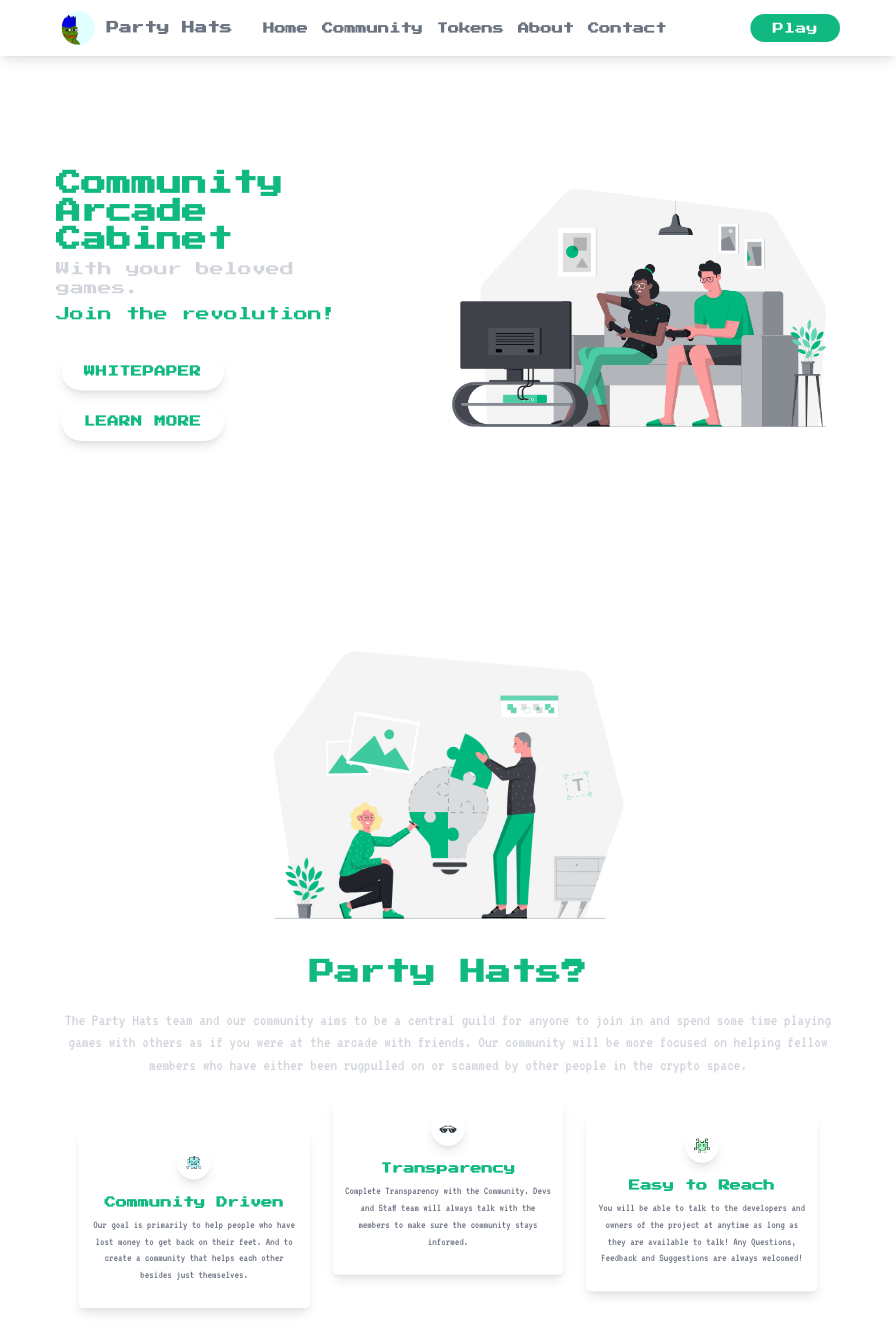
Repository: rhinorphan/phat-landing-page
Page: /
The author's editor kept a copy of each file at every save. The page is drawn from the files as they stood at one save, then again after the next save.
The browser window is 1280 px wide. The pictures show the part of the page from y = 0 to 1920 px (the page is 4206 px tall), at 70% of full size.
The project was rebuilt for these pictures with package versions that can differ from the ones it lists, and the page was loaded fresh each time. Also part of the build but not shown: craco.config.js.

Above is the page before, as saved 2021-11-17 23:37:11.

### public/index.html
<!DOCTYPE html>
<html lang="en">
  <head>
    <meta charset="utf-8" />
    <link rel="icon" href="%PUBLIC_URL%/assets/images/server_icon.png" />
    <meta name="PHAT" content="width=device-width, initial-scale=1" />
    <meta name="theme-color" content="#000000" />
    <meta
      name="description"
      content="PHAT Landing Page"
    />
    <link rel="apple-touch-icon" href="%PUBLIC_URL%/assets/images/server_icon.png" />
    <!--
      manifest.json provides metadata used when your web app is installed on a
      user's mobile device or desktop. See https://developers.google.com/web/fundamentals/web-app-manifest/
    -->
    <link rel="manifest" href="%PUBLIC_URL%/manifest.json" />
    <!--
      Notice the use of %PUBLIC_URL% in the tags above.
      It will be replaced with the URL of the `public` folder during the build.
      Only files inside the `public` folder can be referenced from the HTML.

      Unlike "/favicon.ico" or "favicon.ico", "%PUBLIC_URL%/favicon.ico" will
      work correctly both with client-side routing and a non-root public URL.
      Learn how to configure a non-root public URL by running `npm run build`.
    -->
    <title>Party Hats</title>
  </head>
  <body>
    <noscript>You need to enable JavaScript to run this app.</noscript>
    <div id="root"></div>
    <!--
      This HTML file is a template.
      If you open it directly in the browser, you will see an empty page.

      You can add webfonts, meta tags, or analytics to this file.
      The build step will place the bundled scripts into the <body> tag.

      To begin the development, run `npm start` or `yarn start`.
      To create a production bundle, use `npm run build` or `yarn build`.
    -->
  </body>
</html>

### src/App.js
import logo from './logo.svg';
import './App.css';
import Header from './components/Header';
import Contact from './components/Contact';
import Landing from './components/Landing';
import Community from './components/Community';
import Tokens from './components/Tokens';
import About from './components/About';
import Footer from './components/Footer';

function App() {
  return (
    <div className="app">
        <Header />
        <div className="app__body">
          <Landing />
          <Community />
          <Tokens />
          <About />
          <Contact />
        </div>
        <Footer />
    </div>
  );
}

export default App;

### src/App.css
@import url('https://fonts.googleapis.com/css2?family=VT323&display=swap');
@import url('https://fonts.googleapis.com/css2?family=Press+Start+2P&family=VT323&display=swap');

.app {
  font-family: 'Press Start 2P', cursive;
}

.normalText {
  font-family: 'VT323', monospace;
}

.active {
  @apply py-4 px-2 text-green-500 border-b-4 border-green-500 font-semibold
}

.active2 {
  @apply block text-sm px-2 py-4 text-white bg-green-500 font-semibold
}

.nobull {
  list-style-type: none;
}

### src/components/Header.js
import React from 'react';
import { Link, animateScroll as scroll } from "react-scroll";

function Header() {

  const handleSubmit = (e) => {
    e.preventDefault();

		const menu = document.querySelector(".mobile-menu");

		menu.classList.toggle("hidden");
  }
  const scrollToTop = (e) => {
    scroll.scrollToTop();
  };

  return (
    <nav class="bg-white shadow-lg sticky top-0">
			<div class="max-w-6xl mx-auto px-4">
				<div class="flex justify-between">
					<div class="flex space-x-7">
						<div>
							<a href="" class="flex items-center py-4 px-2">
								<img src={`${process.env.PUBLIC_URL}/assets/images/server_icon.png`} alt="Logo" class="inline object-cover w-12 h-12 mr-4 rounded-full"/>
								<span onClick={scrollToTop}class="font-semibold text-gray-500 text-lg">Party Hats</span>
							</a>
						</div>
						<div class="hidden md:flex items-center space-x-1 nobull">
              <li><Link activeClass="active" className="py-4 px-2 text-gray-500 font-semibold hover:text-green-500 transition duration-300 cursor-pointer"
              to="landing" spy={true} smooth={true} duration={500}>Home</Link></li>
							<li><Link activeClass="active" className="py-4 px-2 text-gray-500 font-semibold hover:text-green-500 transition duration-300 cursor-pointer"
              to="community" spy={true} smooth={true} duration={500}>Community</Link></li>
              <li><Link activeClass="active" className="py-4 px-2 text-gray-500 font-semibold hover:text-green-500 transition duration-300 cursor-pointer"
              to="token" spy={true} smooth={true} duration={500}>Tokens</Link></li>
							<li><Link activeClass="active" className="py-4 px-2 text-gray-500 font-semibold hover:text-green-500 transition duration-300 cursor-pointer"
              to="about" spy={true} smooth={true} duration={500}>About</Link></li>
							<li><Link activeClass="active" className="py-4 px-2 text-gray-500 font-semibold hover:text-green-500 transition duration-300 cursor-pointer"
              to="contact" spy={true} smooth={true} duration={500}>Contact</Link></li>
						</div>
					</div>
					<div class="hidden md:flex items-center space-x-3 ">
						<a target="_blank" rel="noopener noreferrer" href="https://tetr.io/" class="py-2 px-8 font-medium text-white bg-green-500 hover:bg-green-400 transition duration-300 rounded-full">Play</a>
					</div>
					<div class="md:hidden flex items-center">
						<button class="outline-none mobile-menu-button" onClick={handleSubmit}>
						<svg class=" w-6 h-6 text-gray-500 hover:text-green-500 "
							x-show="!showMenu"
							fill="none"
							stroke-linecap="round"
							stroke-linejoin="round"
							stroke-width="2"
							viewBox="0 0 24 24"
							stroke="currentColor"
						>
							<path d="M4 6h16M4 12h16M4 18h16"></path>
						</svg>
					</button>
					</div>
				</div>
			</div>
			<div class="hidden mobile-menu">
				<ul class="">
					<li><Link activeClass="active2" className="block text-sm px-2 py-4 hover:bg-green-500 transition duration-300 hover:text-white cursor-pointer"
              to="landing" spy={true} smooth={true} duration={500}>Home</Link></li>
					<li><Link activeClass="active2" className="block text-sm px-2 py-4 hover:bg-green-500 transition duration-300 hover:text-white cursor-pointer"
              to="community" spy={true} smooth={true} duration={500}>Community</Link></li>
          <li><Link activeClass="active2" className="block text-sm px-2 py-4 hover:bg-green-500 transition duration-300 hover:text-white cursor-pointer"
              to="token" spy={true} smooth={true} duration={500}>Tokens</Link></li>
					<li><Link activeClass="active2" className="block text-sm px-2 py-4 hover:bg-green-500 transition duration-300 hover:text-white cursor-pointer"
              to="about" spy={true} smooth={true} duration={500}>About</Link></li>
					<li><Link activeClass="active2" className="block text-sm px-2 py-4 hover:bg-green-500 transition duration-300 hover:text-white cursor-pointer"
              to="contact" spy={true} smooth={true} duration={500}>Contact</Link></li>
				</ul>
			</div>
		</nav>
  )
}

export default Header

### src/components/Contact.js
import React from 'react'
import { Link, animateScroll as scroll } from "react-scroll";

function Contact() {

  return (
    <section
      className="text-gray-700 body-font h-100" name="contact">
        <div className="container px-5 py-24 mx-auto">
          <div className="flex flex-col text-center w-full mb-12">
            <h1 className="flex text-4xl  font-bold mb-8 text-green-500 justify-center">
              Contact Us
            </h1>
            <p className="lg:w-2/3 mx-auto leading-relaxed text-base normalText text-2xl">
            Neque porro quisquam est qui dolorem ipsum quia dolor sit amet, consectetur, adipisci velit.
            </p>
          </div>
          <div className="lg:w-1/2 md:w-2/3 mx-auto">
            <div className="flex flex-wrap -m-2">
              <div className="p-2 w-1/2">
                <div className="">
                  <label for="name" className="leading-7 text-sm text-gray-600">
                    Name
                  </label>
                  <input
                    type="text"
                    id="name"
                    name="name"
                    className="w-full bg-gray-100 rounded border border-gray-300 focus:border-green-500 text-base outline-none text-gray-700 py-1 px-3 leading-8 transition-colors duration-200 ease-in-out normalText"
                  />
                </div>
              </div>
              <div className="p-2 w-1/2">
                <div className="">
                  <label
                    for="email"
                    className="leading-7 text-sm text-gray-600"
                  >
                    Email
                  </label>
                  <input
                    type="email"
                    id="email"
                    name="email"
                    className="w-full bg-gray-100 rounded border border-gray-300 focus:border-green-500 text-base outline-none text-gray-700 py-1 px-3 leading-8 transition-colors duration-200 ease-in-out normalText"
                  />
                </div>
              </div>
              <div className="p-2 w-full">
                <div className="">
                  <label
                    for="message"
                    className="leading-7 text-sm text-gray-600"
                  >
                    Message
                  </label>
                  <textarea
                    id="message"
                    name="message"
                    className="w-full bg-gray-100 rounded border border-gray-300 focus:border-green-500 h-32 text-base outline-none text-gray-700 py-1 px-3 resize-none leading-6 transition-colors duration-200 ease-in-out normalText"
                  ></textarea>
                </div>
              </div>
              <div className="p-2 w-full">
                <button className="flex mx-auto py-2 px-8 font-medium text-white bg-green-500 rounded hover:bg-green-400 transition duration-300">
                  Send
                </button>
              </div>
            </div>
          </div>
        </div>
      </section>
  )
}

export default Contact

### src/components/Landing.js
import React from 'react'
import { Link, animateScroll as scroll } from "react-scroll";

function Landing() {
  return (
    <section className="grid text-center md:flex md:text-left items-center justify-center h-screen py-10 px-4" name="landing">
      <div class="mx-16">
        <h2 class="text-4xl  font-bold mb-2 text-green-500">
          Community Arcade Cabinet
        </h2>
        <h3 class="text-xl mb-2 text-gray-300">
        With your beloved games.
        </h3>
        <h3 class="text-xl mb-8 text-green-500">
        Join the revolution!
        </h3>

        <button class="m-2 bg-white font-bold rounded-full py-4 px-8 shadow-lg uppercase tracking-wider text-green-500 hover:bg-green-400 transition duration-300 hover:text-white">
          <a target="_blank" rel="noopener noreferrer" href="https://lionell-moore.gitbook.io/crypto-party-hats/introductions/what-is-party-hats">Whitepaper</a>
        </button>
        <button class="m-2 bg-white font-bold rounded-full py-4 px-8 shadow-lg uppercase tracking-wider text-green-500 hover:bg-green-400 transition duration-300 hover:text-white">
          <a target="_blank" rel="noopener noreferrer" href="#"><Link activeClass="active"
              to="community" spy={true} smooth={true} duration={500}>Learn More</Link></a>
        </button>
      </div>
      <div className="w-full">
        <img src={`${process.env.PUBLIC_URL}/assets/images/landing.png`} alt="" className="h-full w-full"/>
      </div>
    </section>
  )
}

export default Landing

### src/components/Community.js
import React from 'react'

function Community() {
  return (
    <section className="grid md:grid place-items-center h-100 py-10 px-4" name="community">
      <div className="w-min-50">
        <img src={`${process.env.PUBLIC_URL}/assets/images/collab.png`} alt=""/>
      </div>
      <div class="mx-16 w-50">
        <h2 class="text-4xl  font-bold mb-8 text-green-500 text-center">
        Party Hats?
        </h2>
        <h3 class="flex text-2xl mb-2 text-gray-300 text-center normalText">
        The Party Hats team and our community aims to be a central guild for anyone to join in and spend some time playing games with others as if you were at the arcade with friends. Our community will be more focused on helping fellow members who have either been rugpulled on or scammed by other people in the crypto space.
        </h3>
        <section class="pb-10 bg-blueGray-200 mt-8">
        <div class="container mx-auto px-4">
          <div class="flex flex-wrap">
            <div class="lg:pt-12 pt-6 w-full md:w-4/12 px-4 text-center">
              <div class="flex flex-col min-w-0 break-words bg-white w-full mb-8 shadow-lg rounded-lg">
                <div class="px-4 py-5 flex-auto">
                  <div class="text-white p-3 text-center inline-flex items-center justify-center w-12 h-12 mb-5 shadow-lg rounded-full">
                  <img src={`${process.env.PUBLIC_URL}/assets/images/alien2.png`}class=""/>
                  </div>
                  <h6 class="text-l font-semibold text-green-500">Community Driven</h6>
                  <p class="mt-2 mb-4 text-gray-500 normalText">
                  Our goal is primarily to help people who have lost money to get back on their feet. And to create a community that helps each other besides just themselves.
                  </p>
                </div>
              </div>
            </div>
            <div class="w-full md:w-4/12 px-4 text-center">
              <div class="flex flex-col min-w-0 break-words bg-white w-full mb-8 shadow-lg rounded-lg">
                <div class="px-4 py-5 flex-auto">
                  <div class="text-white p-3 text-center inline-flex items-center justify-center w-12 h-12 mb-5 shadow-lg rounded-full bg-lightBlue-400">
                  <img src={`${process.env.PUBLIC_URL}/assets/images/geek.png`}class=""/>
                  </div>
                  <h6 class="text-l font-semibold text-green-500">Transparency</h6>
                  <p class="mt-2 mb-4 text-gray-500 normalText">
                  Complete Transparency with the Community.
                  Devs and Staff team will always talk with the members to make sure the community stays informed.
                  </p>
                </div>
              </div>
            </div>
            <div class="pt-6 w-full md:w-4/12 px-4 text-center">
              <div class="flex flex-col min-w-0 break-words bg-white w-full mb-8 shadow-lg rounded-lg">
                <div class="px-4 py-5 flex-auto">
                  <div class="text-white p-3 text-center inline-flex items-center justify-center w-12 h-12 mb-5 shadow-lg rounded-full bg-emerald-400">
                  <img src={`${process.env.PUBLIC_URL}/assets/images/alien1.png`}class=""/>
                  </div>
                  <h6 class="text-l font-semibold text-green-500">Easy to Reach</h6>
                  <p class="mt-2 mb-4 text-gray-500 normalText">
                  You will be able to talk to the developers and owners of the project at anytime as long as they are available to talk! Any Questions, Feedback and Suggestions are always welcomed!
                  </p>
                </div>
              </div>
            </div>
          </div>
        </div>
        </section>
      </div>
    </section>
  )
}

export default Community

### src/components/Tokens.js
import React from 'react'

function Tokens() {
  return (
    <section name="token" className="h-screen container px-5 py-24 mx-auto flex justify-center">
      <p className="text-4xl  font-bold mb-8 text-green-500 text-center ">Tokens</p>
    </section>
  )
}

export default Tokens

### src/components/About.js
import React from 'react'

// shadow-lg border border-gray-200 rounded-full overflow-hidden - picture TEAM div className

function About() {
  return (
    <section name="about" className="h-100 container px-5 py-24 mx-auto flex-col">
      <div>
        <p className="text-4xl  font-bold mb-8 text-green-500 text-center">Meet the Team</p>
      </div>
      <div class="flex flex-col sm:flex-row gap-4">

			<div class="flex flex-col items-center justify-center bg-white p-4 shadow rounded-lg">
				<div class="inline-flex h-40 w-40">
					<img src={`${process.env.PUBLIC_URL}/assets/images/team1.png`}
						 alt=""
						 class="h-full w-full"/>
				</div>

				<h2 class="mt-4 font-bold text-l">John Smith</h2>
				<h6 class="mt-2 text-md font-medium text-green-500 normalText">Founder</h6>

				<p class="text-sm text-gray-500 text-center mt-3 normalText">
					Lorem ipsum dolor sit amet, consectetur adipisicing elit. Ab enim molestiae nulla.
				</p>

				<ul class="flex flex-row mt-4 space-x-2">
					<li>
						<a href="" class="flex items-center justify-center h-8 w-8">
							<img src={`${process.env.PUBLIC_URL}/assets/images/fb.png`}class=""/>
						</a>
					</li>
					<li>
          <a href="" class="flex items-center justify-center h-8 w-8">
							<img src={`${process.env.PUBLIC_URL}/assets/images/twitter.png`}class=""/>
						</a>
					</li>
					<li>
          <a href="" class="flex items-center justify-center h-8 w-8">
							<img src={`${process.env.PUBLIC_URL}/assets/images/linkedin.png`}class=""/>
						</a>
					</li>
				</ul>
			</div>

			<div class="flex flex-col items-center justify-center bg-white p-4 shadow rounded-lg">
				<div class="inline-flex h-40 w-40">
					<img src={`${process.env.PUBLIC_URL}/assets/images/team2.png`}
						 alt=""
						 class="h-full w-full"/>
				</div>

				<h2 class="mt-4 font-bold text-l">Anna Bennett</h2>
				<h6 class="mt-2 text-md font-medium text-green-500 normalText">CFO</h6>

				<p class="text-sm text-gray-500 text-center mt-3 normalText">
					Lorem ipsum dolor sit amet, consectetur adipisicing elit. Ab enim molestiae nulla.
				</p>

				<ul class="flex flex-row mt-4 space-x-2">
					<li>
						<a href="" class="flex items-center justify-center h-8 w-8">
							<img src={`${process.env.PUBLIC_URL}/assets/images/fb.png`}class=""/>
						</a>
					</li>
					<li>
          <a href="" class="flex items-center justify-center h-8 w-8">
							<img src={`${process.env.PUBLIC_URL}/assets/images/twitter.png`}class=""/>
						</a>
					</li>
					<li>
          <a href="" class="flex items-center justify-center h-8 w-8">
							<img src={`${process.env.PUBLIC_URL}/assets/images/linkedin.png`}class=""/>
						</a>
					</li>
				</ul>
			</div>

			<div class="flex flex-col items-center justify-center bg-white p-4 shadow rounded-lg">
				<div class="inline-flex h-40 w-40">
					<img src={`${process.env.PUBLIC_URL}/assets/images/team3.png`}
						 alt=""
						 class="h-full w-full"/>
				</div>

				<h2 class="mt-4 font-bold text-l">Mary Taylor</h2>
				<h6 class="mt-2 text-md font-medium text-green-500 normalText">Marketing</h6>

				<p class="text-sm text-gray-500 text-center mt-3 normalText">
					Lorem ipsum dolor sit amet, consectetur adipisicing elit. Ab enim molestiae nulla.
				</p>

				<ul class="flex flex-row mt-4 space-x-2">
					<li>
						<a href="" class="flex items-center justify-center h-8 w-8">
							<img src={`${process.env.PUBLIC_URL}/assets/images/fb.png`}class=""/>
						</a>
					</li>
					<li>
          <a href="" class="flex items-center justify-center h-8 w-8">
							<img src={`${process.env.PUBLIC_URL}/assets/images/twitter.png`}class=""/>
						</a>
					</li>
					<li>
          <a href="" class="flex items-center justify-center h-8 w-8">
							<img src={`${process.env.PUBLIC_URL}/assets/images/linkedin.png`}class=""/>
						</a>
					</li>
				</ul>
			</div>

		</div>

    </section>
  )
}

export default About

### src/components/Footer.js
import React from 'react'

function Footer() {
  return (
    <div className="p-2 w-full pt-8 mt-8 border-t border-gray-200 text-center">
      <a className="text-green-500">example@email.com</a>
      <p className="text-xs my-5 text-gray-400">
      Copyright © CryptoPartyHats 2021
      </p>
      <div className="flex flex-row justify-center">
        <img src={`${process.env.PUBLIC_URL}/assets/images/tg.png`} alt="" className="h-8 w-8 mx-2 cursor-pointer"/>
        <img src={`${process.env.PUBLIC_URL}/assets/images/reddit.png`} alt="" className="h-8 w-8 mx-2 cursor-pointer"/>
        <img src={`${process.env.PUBLIC_URL}/assets/images/twitter.png`} alt="" className="h-8 w-8 mx-2 cursor-pointer"/>
        <img src={`${process.env.PUBLIC_URL}/assets/images/discord.png`} alt="" className="h-8 w-8 mx-2 cursor-pointer"/>
      </div>
    </div>
  )
}

export default Footer

Loaded but not shown: src/index.js (common file); src/index.css (common file); src/reportWebVitals.js (common file); tailwind.config.js (common file)

After the next save:
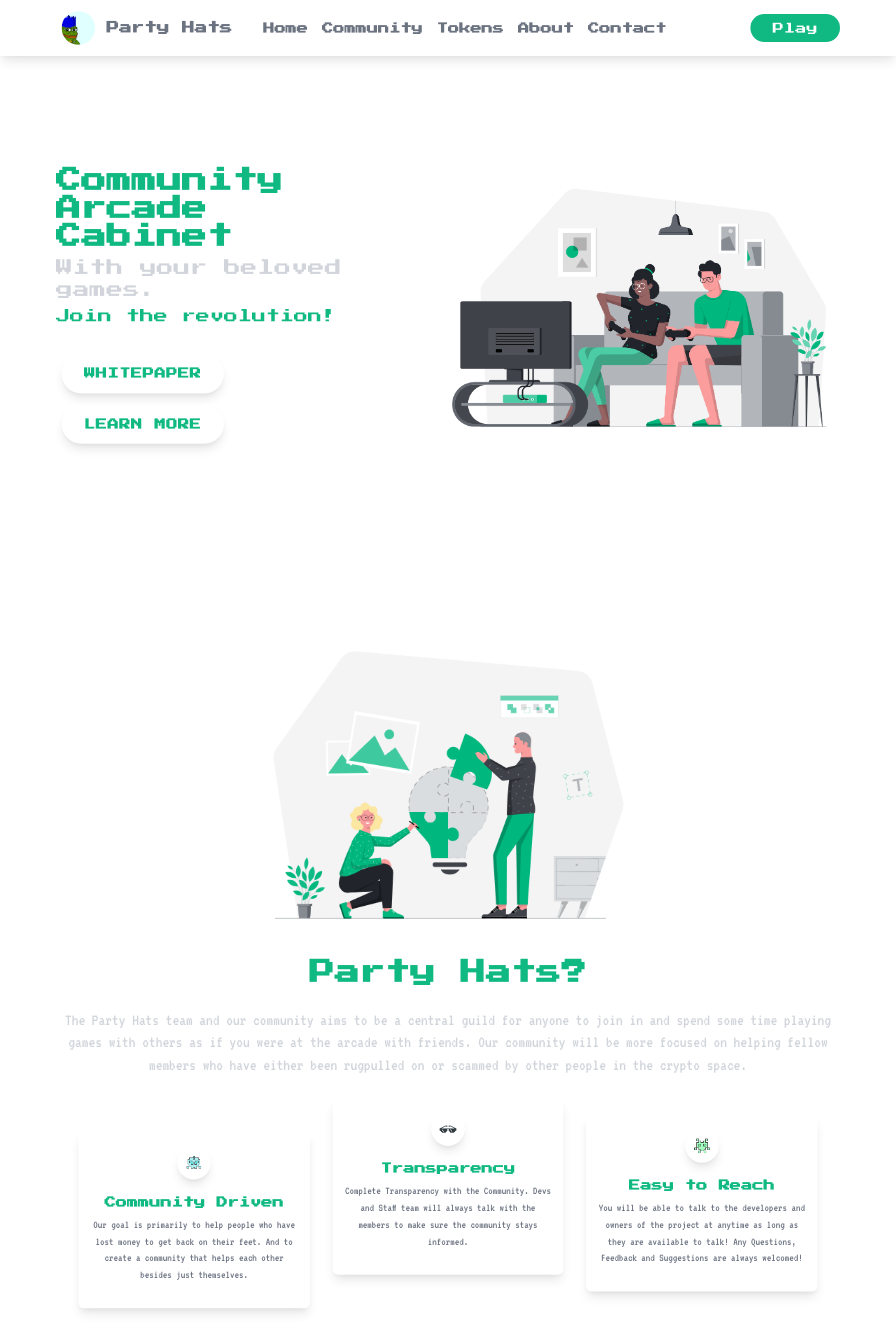
Saved 5 s later.
--- a/src/components/Landing.js
+++ b/src/components/Landing.js
@@ -8,7 +8,7 @@ function Landing() {
         <h2 class="text-4xl  font-bold mb-2 text-green-500">
           Community Arcade Cabinet
         </h2>
-        <h3 class="text-xl mb-2 text-gray-300">
+        <h3 class="text-2xl mb-2 text-gray-300">
         With your beloved games.
         </h3>
         <h3 class="text-xl mb-8 text-green-500">
